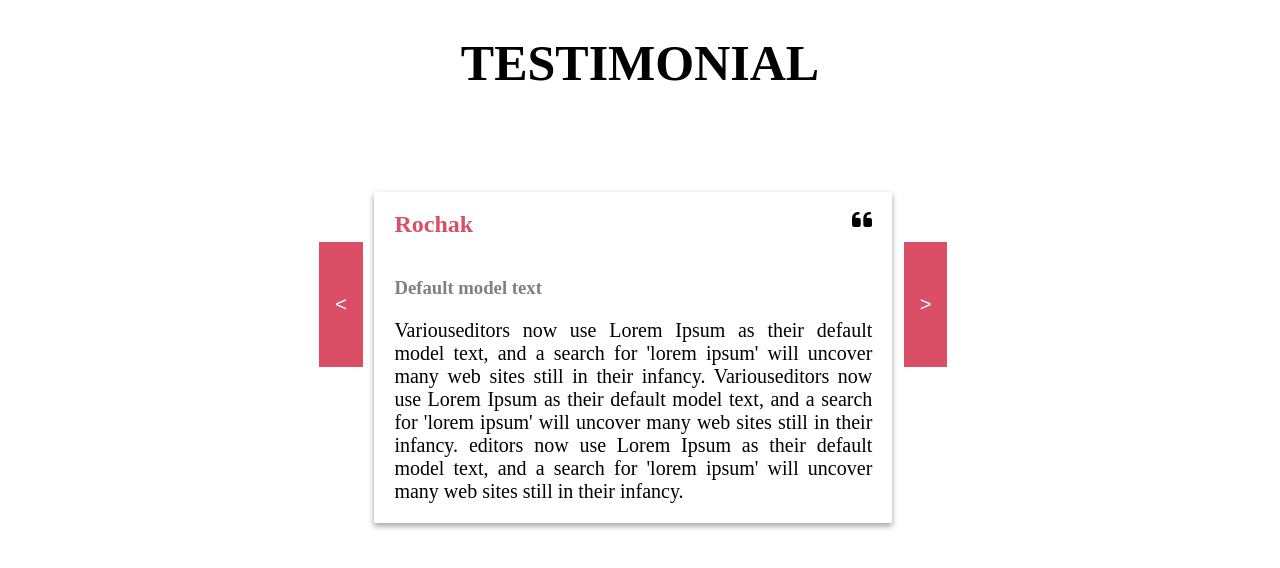
Repository: AVINKUMARP/gifts
Page: demo2.html
The author's editor kept a copy of each file at every save. The page is drawn from the files as they stood at one save, then again after the next save.
The browser window is 1280 px wide. The pictures show the whole page.

Above is the page before, as saved 2023-08-24 15:55:07.

After the next save:
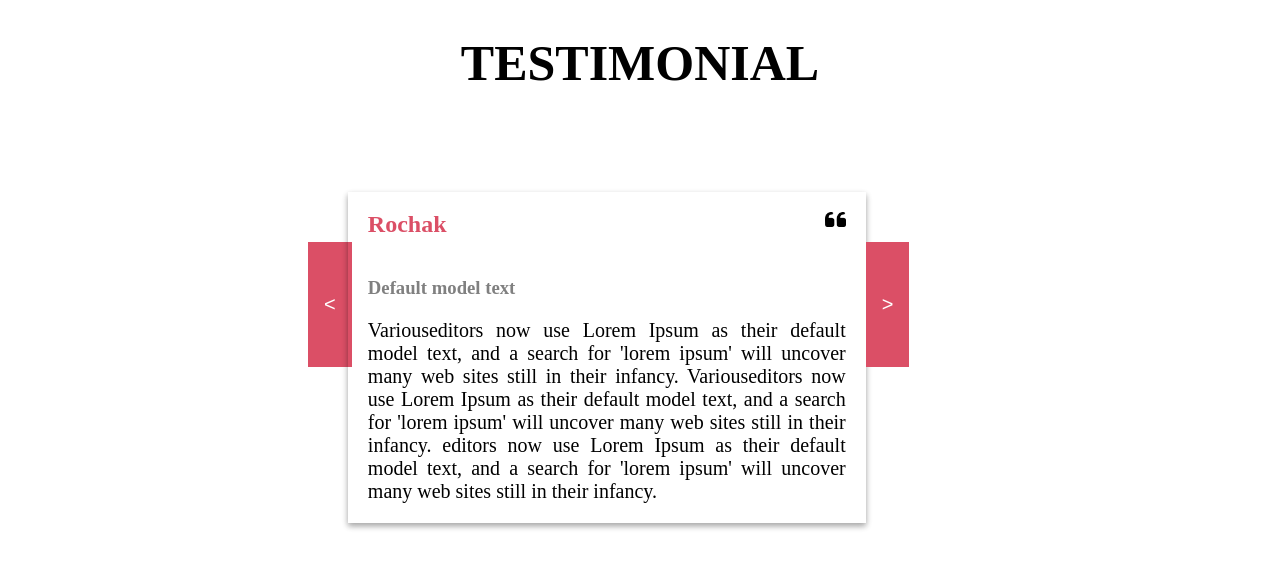
Saved 3 min 24 s later.
--- a/demo2.html
+++ b/demo2.html
@@ -14,7 +14,7 @@
         }
 
         .cbutl {
-            width: 10%;
+            width: 6%;
         }
 
         .cpara {
@@ -23,7 +23,7 @@
         }
 
         .cbutr {
-            width: 10%;
+            width: 6%;
         }
 
         .csub {
